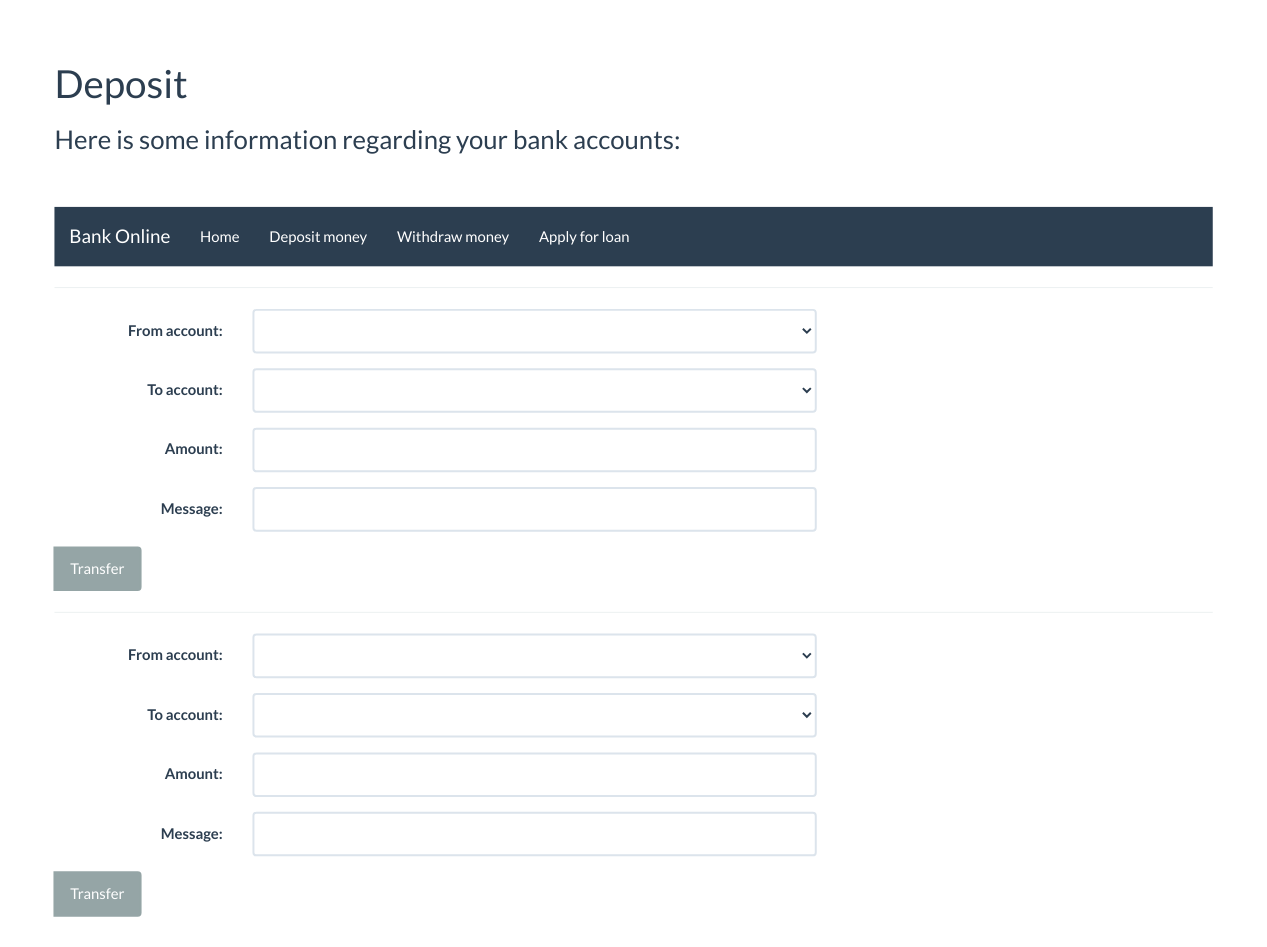
Repository: klitusas/SpringMVCBanking
Page: http://localhost/loans
An editor plug-in stored every save of this project. The page is shown before and after the next save, followed by the edit.
The browser window is 1280 px wide. The pictures show the whole page, at 99% of full size.
The page is this project's Thymeleaf template; nobody is signed in. The template is opened directly, without the code that normally fills it, so the values that code supplies are empty.

Above is the page before, as saved 2017-03-01 19:16:55.

After the next save:
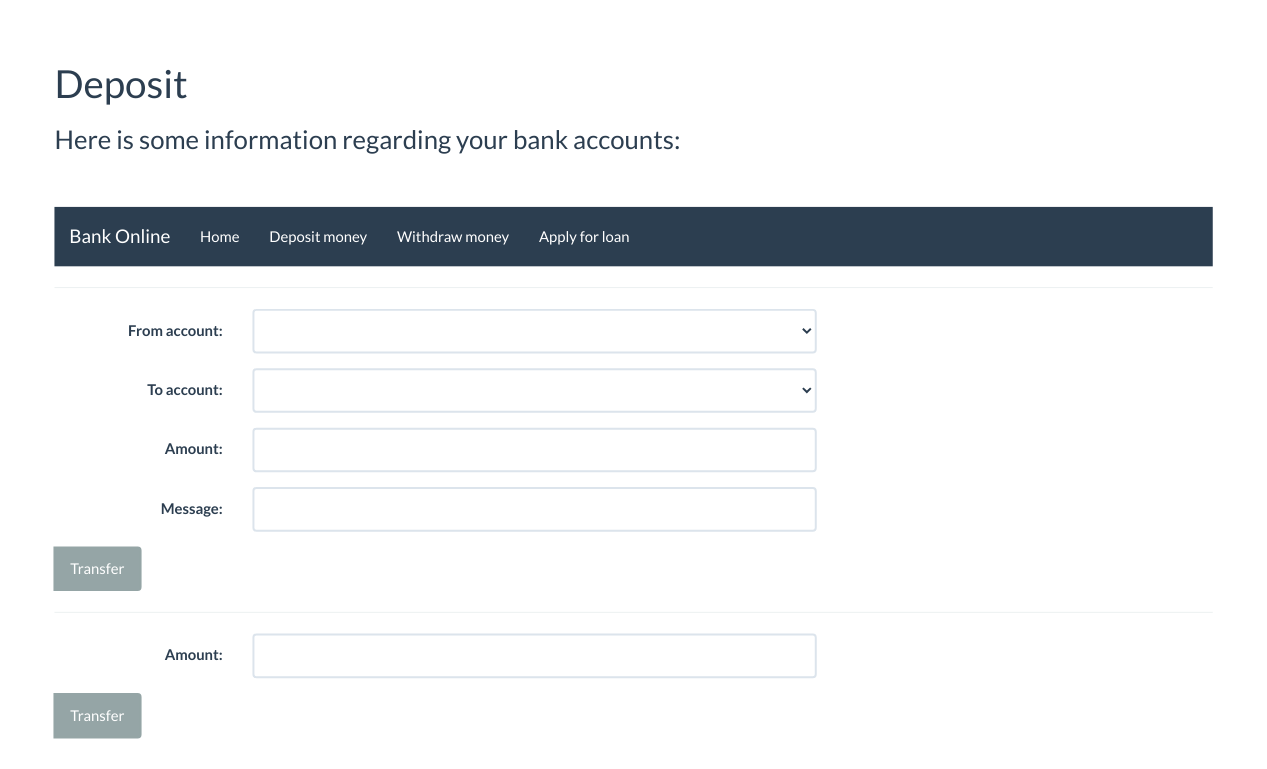
Saved 41 s later.
--- a/banking/src/main/resources/templates/loans.html
+++ b/banking/src/main/resources/templates/loans.html
@@ -71,36 +71,10 @@
             <hr/>
             <form class="form-horizontal" th:action="@{/transfer}"  method="post" enctype="multipart/form-data" >
             	<fieldset>
-            		<div class="form-group">
-	                    <label class="col-lg-2 control-label">From account:</label>
-	                    <div class="col-lg-6">
-						    <select name="fromAccount"  class="form-control">
-								<option th:each="account : ${accounts}"
-									th:value="${account.id}"
-									th:text="${account.label}"></option>
-							</select>
-	                    </div>
-                	</div>
-                	<div class="form-group">
-	                    <label class="col-lg-2 control-label">To account:</label>
-	                    <div class="col-lg-6">
-						    <select name="toAccount"  class="form-control">
-								<option th:each="account : ${accounts}"
-									th:value="${account.id}"
-									th:text="${account.label}"></option>
-							</select>
-	                    </div>
-                	</div>
                 	<div class="form-group">
 	                    <label class="col-lg-2 control-label">Amount:</label>
 	                    <div class="col-lg-6">
 	                    	<input type="text" class="form-control" name="amount"/>
-	                    </div>
-                	</div>
-                	<div class="form-group">
-	                    <label class="col-lg-2 control-label">Message:</label>
-	                    <div class="col-lg-6">
-	                    	<input type="text" class="form-control" name="description"/>
 	                    </div>
                 	</div>
                 	<span class="input-group-btn">
